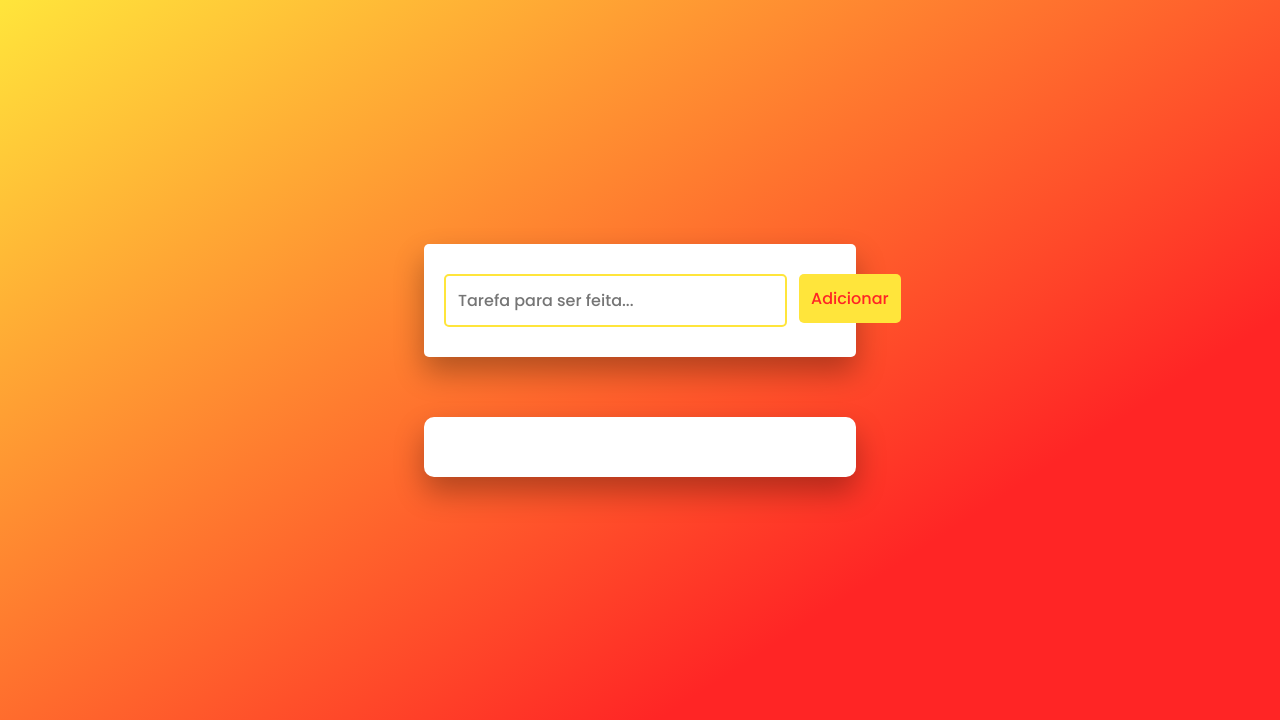
Repository: PetersonAntonyDev/python-flask-
Page: index.html
An editor plug-in stored every save of this project. The page is shown before and after the next save, followed by the edit.
The browser window is 1280 px wide. The pictures show the whole page.
The pointer rests on the first visible `.new-task-button`.
Some web libraries are served in a nearby version.

Above is the page before, as saved 2022-07-26 13:54:29.

### index.html
<!DOCTYPE html>
<html lang="en">

<head>
    <meta charset="UTF-8" />
    <meta http-equiv="X-UA-Compatible" content="IE=edge" />
    <meta name="viewport" content="width=device-width, initial-scale=1.0" />
    <title>EM PROGRESSO - Lista de Tarefas</title>
    <link rel="preconnect" href="https://fonts.googleapis.com" />
    <link rel="preconnect" href="https://fonts.gstatic.com" crossorigin />
    <link href="https://fonts.googleapis.com/css2?family=Poppins:wght@400;500;700&display=swap" rel="stylesheet" />
    <link rel="stylesheet" href="/style.css" />
</head>

<body>
    <div class="container">
        <div class="new-task-container">
            <input type="text" class="new-task-input" placeholder="Tarefa para ser feita..." />

            <button class="new-task-button">Adicionar</button>
        </div>

        <div class="tasks-container"></div>
    </div>

    <script src="https://kit.fontawesome.com/f9e19193d6.js" crossorigin="anonymous"></script>
    <script src="/script.js"></script>
</body>

</html>

### style.css
* {
    margin: 0;
    padding: 0;
    box-sizing: border-box;
    font-family: "Poppins", sans-serif;
  }

  body {
    height: 100vh;
    background-color: #FFE53B;
    background-image: linear-gradient(147deg, #FFE53B 0%, #FF2525 74%);
    display: flex;
    align-items: center;
    justify-content: center;
  }

  .container {
    border-radius: 20px;
    padding: 30px 40px;
    width: 40%;
    min-width: 500px;
  }

  .new-task-container {
    background-color: #fff;
    padding: 30px 20px;
    border-radius: 5px;
    box-shadow: 0 15px 30px rgba(0, 0, 0, 0.3);
    display: flex;
  }

  .new-task-container input {
    flex: 3;
    font-size: 1rem;
    border: 2px solid #FFE53B;
    border-radius: 5px;
    padding: 12px;
    font-weight: 500;
    color: #FF2525;
  }

  .new-task-container input:focus {
    outline: none;
    border-color: #FFE53B;
  }

  .new-task-button {
    flex: 1;
    border-radius: 5px;
    font-weight: 500;
    height: 100%;
    font-size: 1rem;
    border: none;
    background-color: #FFE53B;
    color: #fff;
    padding: 12px;
    margin-left: 12px;
    cursor: pointer;
  }

  .new-task-button:hover {
    background-color: #FFE53B;
    color: #FF2525;
  }

  .tasks-container {
    background-color: #fff;
    padding: 30px 20px;
    margin-top: 60px;
    border-radius: 10px;
    box-shadow: 0 15px 30px rgba(0, 0, 0, 0.3);
    width: 100%;
  }

  .task-item {
    display: flex;
    justify-content: space-between;
    align-items: center;
    margin-bottom: 6px;
    margin-top: 6px;
  }

  .task-item i {
    background-color: #FF2525;
    color: #fff;
    padding: 12px;
    border-radius: 5px;
  }

  .task-item i:hover {
    cursor: pointer;
  }

  /* Utilities */
  .error {
    border: 2px solid red !important;
  }

  .error::placeholder {
    color: red;
  }

  .completed {
    text-decoration: line-through;
  }

### script.js
const inputElement = document.querySelector(".new-task-input");
const addTaskButton = document.querySelector(".new-task-button");

const tasksContainer = document.querySelector(".tasks-container");

const validateInput = () => inputElement.value.trim().length > 0;

const handleAddTask = () => {
    const inputIsValid = validateInput();

    console.log(inputIsValid);

    if (!inputIsValid) {
        return inputElement.classList.add("error");
    }

    const taskItemContainer = document.createElement("div");
    taskItemContainer.classList.add("task-item");

    const taskContent = document.createElement("p");
    taskContent.innerText = inputElement.value;

    taskContent.addEventListener("click", () => handleClick(taskContent));

    const deleteItem = document.createElement("i");
    deleteItem.classList.add("far");
    deleteItem.classList.add("fa-trash-alt");

    deleteItem.addEventListener("click", () =>
        handleDeleteClick(taskItemContainer, taskContent)
    );

    taskItemContainer.appendChild(taskContent);
    taskItemContainer.appendChild(deleteItem);

    tasksContainer.appendChild(taskItemContainer);

    inputElement.value = "";

    updateLocalStorage();
};

const handleClick = (taskContent) => {
    const tasks = tasksContainer.childNodes;

    for (const task of tasks) {
        const currentTaskIsBeingClicked = task.firstChild.isSameNode(taskContent);

        if (currentTaskIsBeingClicked) {
            task.firstChild.classList.toggle("completed");
        }
    }

    updateLocalStorage();
};

const handleDeleteClick = (taskItemContainer, taskContent) => {
    const tasks = tasksContainer.childNodes;

    for (const task of tasks) {
        const currentTaskIsBeingClicked = task.firstChild.isSameNode(taskContent);

        if (currentTaskIsBeingClicked) {
            taskItemContainer.remove();
        }
    }

    updateLocalStorage();
};

const handleInputChange = () => {
    const inputIsValid = validateInput();

    if (inputIsValid) {
        return inputElement.classList.remove("error");
    }
};

const updateLocalStorage = () => {
    const tasks = tasksContainer.childNodes;

    const localStorageTasks = [...tasks].map((task) => {
        const content = task.firstChild;
        const isCompleted = content.classList.contains("completed");

        return { description: content.innerText, isCompleted };
    });

    localStorage.setItem("tasks", JSON.stringify(localStorageTasks));
};

const refreshTasksUsingLocalStorage = () => {
    const tasksFromLocalStorage = JSON.parse(localStorage.getItem("tasks"));

    if (!tasksFromLocalStorage) return;

    for (const task of tasksFromLocalStorage) {
        const taskItemContainer = document.createElement("div");
        taskItemContainer.classList.add("task-item");

        const taskContent = document.createElement("p");
        taskContent.innerText = task.description;

        if (task.isCompleted) {
            taskContent.classList.add("completed");
        }

        taskContent.addEventListener("click", () => handleClick(taskContent));

        const deleteItem = document.createElement("i");
        deleteItem.classList.add("far");
        deleteItem.classList.add("fa-trash-alt");

        deleteItem.addEventListener("click", () =>
            handleDeleteClick(taskItemContainer, taskContent)
        );

        taskItemContainer.appendChild(taskContent);
        taskItemContainer.appendChild(deleteItem);

        tasksContainer.appendChild(taskItemContainer);
    }
};

refreshTasksUsingLocalStorage();

addTaskButton.addEventListener("click", () => handleAddTask());

inputElement.addEventListener("change", () => handleInputChange());

After the next save:
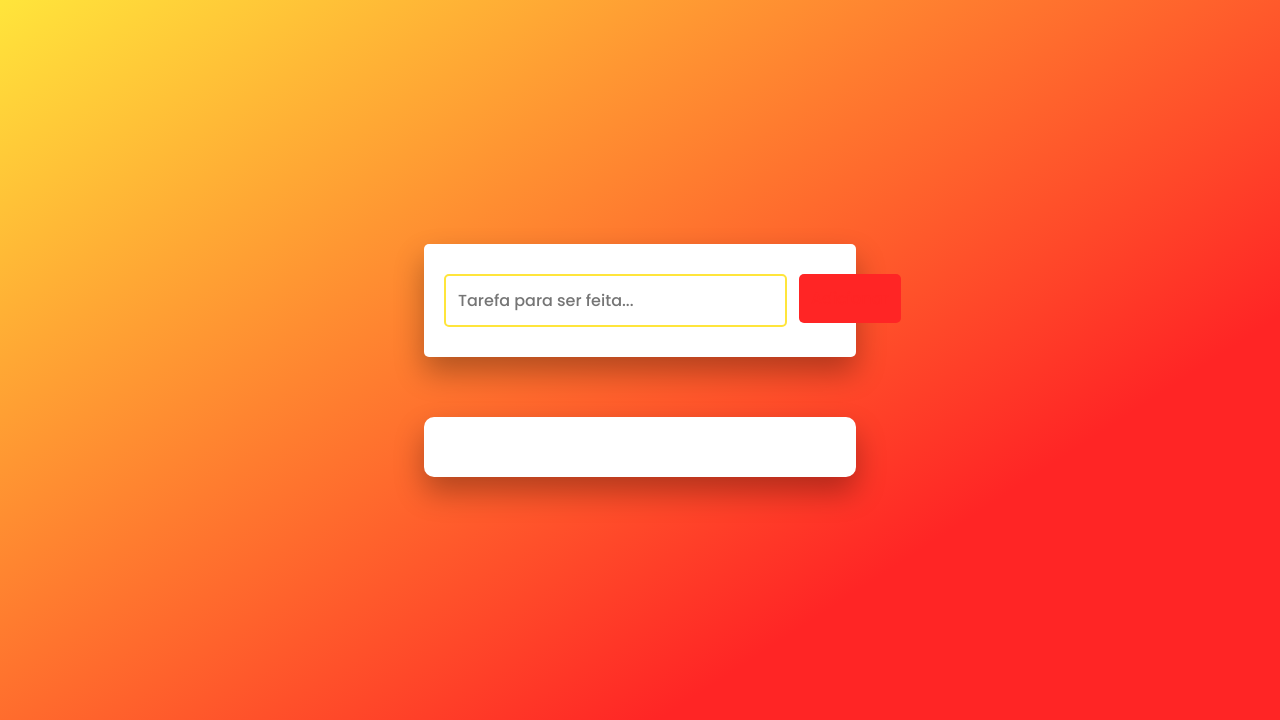
Saved 5 s later.
--- a/style.css
+++ b/style.css
@@ -59,7 +59,7 @@
   }
 
   .new-task-button:hover {
-    background-color: #FFE53B;
+    background-color: #FF2525;
     color: #FF2525;
   }
 
